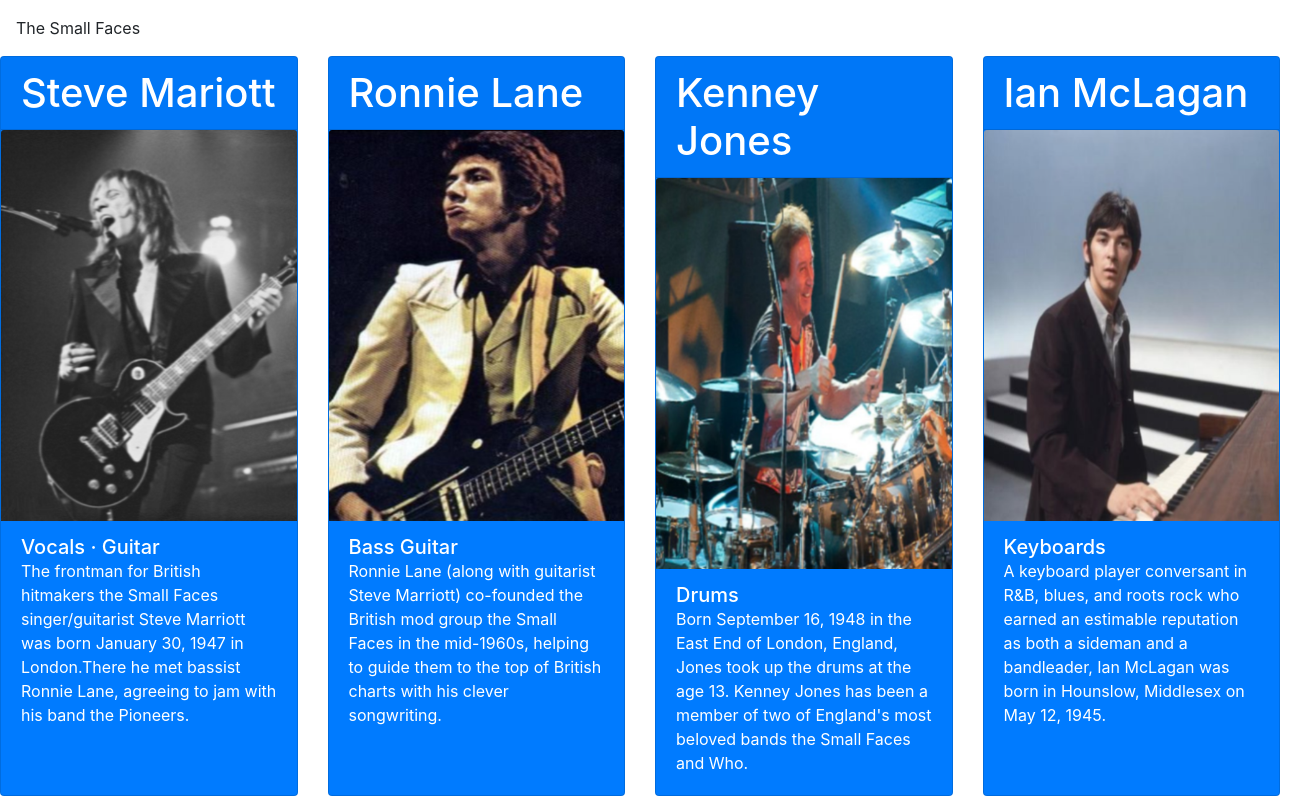
Repository: akshatnitd/User-Centric-FrontEnd-Milestone-Project
Page: band.html
The author's editor kept a record of every edit. The page is drawn from the files as they stood at one moment, then again after the next edit.
The browser window is 1280 px wide. The page is 1295 px wide, so the pictures cover 1295 px, including what lies to the right of the window. The pictures show the whole page.
Some web libraries are served in a nearby version.

Above is the page before.
Not found: assets/css/custom.css

### band.html
<!DOCTYPE html>
<html lang="en">
<head>
  <meta charset="UTF-8">
  <meta name="viewport" content="width=device-width, initial-scale=1, shrink-to-fit=no">
  <meta http-equiv="X-UA-Compatible" content="ie=edge">
  <link href="https://fonts.googleapis.com/css?family=Abril+Fatface" rel="stylesheet">
	<link href="https://fonts.googleapis.com/css?family=Roboto" rel="stylesheet">
	<link href="https://fonts.googleapis.com/css?family=Concert+One&display=swap" rel="stylesheet">
	<link href="https://fonts.googleapis.com/css?family=Fjalla+One&display=swap" rel="stylesheet">
	<link rel="stylesheet" href="https://use.fontawesome.com/releases/v5.12.1/css/all.css">
	<link rel="stylesheet" href="https://stackpath.bootstrapcdn.com/bootstrap/4.4.1/css/bootstrap.min.css" integrity="sha384-Vkoo8x4CGsO3+Hhxv8T/Q5PaXtkKtu6ug5TOeNV6gBiFeWPGFN9MuhOf23Q9Ifjh" crossorigin="anonymous">
	<link href="assets/css/custom.css" rel="stylesheet" type="text/css">
	<link href="assets/css/style.css" rel="stylesheet" type="text/css">
	<title>Band</title>
</head>
<body>
    <header>
      <nav class="navbar navbar-expand-sm navbar-dark bg-dark>
  <a class="navbar-brand" href="index.html">The Small Faces</a>
  <button class="navbar-toggler ml-auto custom-toggler" type="button" data-toggle="collapse" data-target="#navbarNav" aria-controls="navbarNav" aria-expanded="false" aria-label="Toggle navigation">
    <i class="fas fa-bars"></i>
  </button>
  <div class="collapse navbar-collapse" id="navbarNav">
    <ul class="nav navbar-nav ml-auto">
      <li class="nav-item">
        <a class="nav-link" href="index.html">Home</a>
      </li>
      <li class="nav-item">
        <a class="nav-link" href="band.html">Band</a>
      </li>
      <li class="nav-item">
        <a class="nav-link" href="tour.html">Tours</a>
      </li>
      <li class="nav-item">
        <a class="nav-link" href="store.html">Store</a>
      </li>
      <li class="nav-item">
        <a class="nav-link" href="contact.html">Contact</a>
      </li>
    </ul>
    </header>
    <section>
        <div class="card-deck">
          <div class="card text-white bg-primary mb-3">
            <h1 class="card-header">Steve Mariott</h1>
            <img class="card-img-top" src="images/steve-marriott.jpg" alt="Card image cap">
            <div class="card-body">
              <h5 class="card-subtitle">Vocals &#183; Guitar</h5>
              <p class="card-text">The frontman for British hitmakers the Small Faces
				                 singer/guitarist Steve Marriott was born January 30,
				                 1947 in London.There he met bassist Ronnie Lane,
				                 agreeing to jam with his band the Pioneers.</p>
            </div>
          </div>
          <div class="card text-white bg-primary mb-3">
            <h1 class="card-header">Ronnie Lane</h1>
            <img class="card-img-top" src="images/ronnie-lane_1.jpg" alt="Card image cap">
            <div class="card-body">
              <h5 class="card-subtitle">Bass Guitar</h5>
              <p class="card-text">Ronnie Lane (along with guitarist Steve Marriott)
								 co-founded the British mod group the Small Faces in
								 the mid-1960s, helping to guide them to the top of
								 British charts with his clever songwriting.</p>
            </div>
          </div>
          <div class="card text-white bg-primary mb-3">
    <h1 class="card-header">Kenney Jones</h1>
    <img class="card-img-top" src="images/kenney-jones.jpg" alt="Card image cap">
    <div class="card-body">
      <h5 class="card-subtitle">Drums</h5>
      <p class="card-text">Born September 16, 1948 in the East End of London,
								 England, Jones took up the drums at the age 13.
								 Kenney Jones has been a member of two of
								 England's most beloved bands the Small Faces and Who.</p>
    </div>
  </div>
  <div class="card text-white bg-primary mb-3">
   <h1 class="card-header">Ian McLagan</h1>
    <img class="card-img-top" src="images/Ian-McLagan.jpg" alt="Card image cap">
    <div class="card-body">
      <h5 class="card-subtitle">Keyboards</h5>
      <p class="card-text">A keyboard player conversant in R&B, blues,
				                 and roots rock who earned an estimable reputation
				                 as both a sideman and a bandleader, Ian McLagan
				                 was born in Hounslow, Middlesex on May 12, 1945.</p>
       </div>
      </div>
    </div>
    </section>
    <footer>

    </footer>
    <script src="https://code.jquery.com/jquery-3.3.1.slim.min.js" integrity="sha384-q8i/X+965DzO0rT7abK41JStQIAqVgRVzpbzo5smXKp4YfRvH+8abtTE1Pi6jizo" crossorigin="anonymous"></script>
    <script src="https://cdnjs.cloudflare.com/ajax/libs/popper.js/1.14.3/umd/popper.min.js" integrity="sha384-ZMP7rVo3mIykV+2+9J3UJ46jBk0WLaUAdn689aCwoqbBJiSnjAK/l8WvCWPIPm49" crossorigin="anonymous"></script>
    <script src="https://stackpath.bootstrapcdn.com/bootstrap/4.1.3/js/bootstrap.min.js" integrity="sha384-ChfqqxuZUCnJSK3+MXmPNIyE6ZbWh2IMqE241rYiqJxyMiZ6OW/JmZQ5stwEULTy" crossorigin="anonymous"></script>
</body>
</html>

### assets/css/style.css

/*............................................Heading*/
.container-fluid{
	background-color: #000080;
	position: relative;
	letter-spacing: 2px;
	padding: 10px 10px 10px 10px;
}

.nav-title {
	display: inline-block;
	font-size: 18px;
	font-family: 'Abril Fatface', cursive;
	color: #fff;

}

.nav-links {
	display: inline-block;
	float: right;
	font-size: 18px;
	font-family: 'Abril Fatface', cursive;
}

.nav-links>a {
	display: inline-block;
	text-decoration: none;

}

After the next edit:
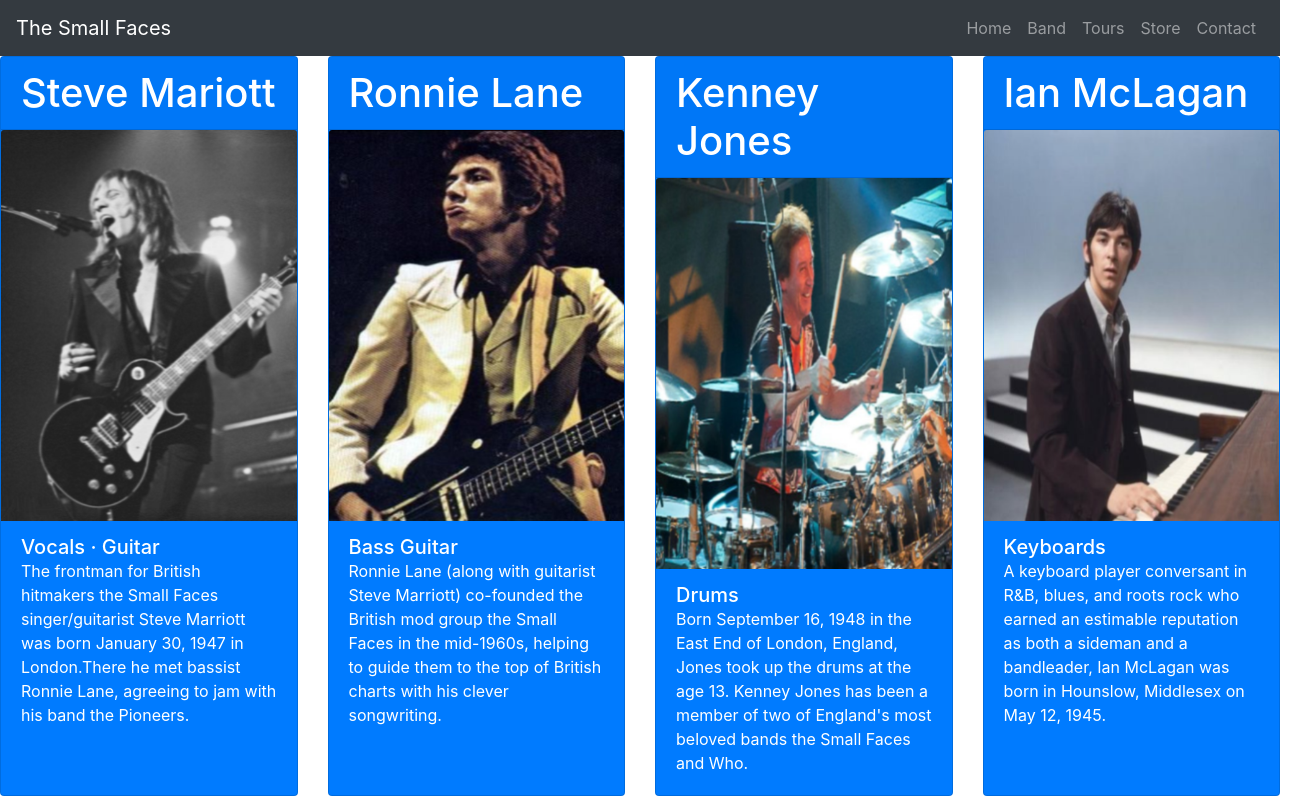
The edit:
--- a/band.html
+++ b/band.html
@@ -16,7 +16,7 @@
 </head>
 <body>
     <header>
-      <nav class="navbar navbar-expand-sm navbar-dark bg-dark>
+      <nav class="navbar navbar-expand-sm navbar-dark bg-dark">
   <a class="navbar-brand" href="index.html">The Small Faces</a>
   <button class="navbar-toggler ml-auto custom-toggler" type="button" data-toggle="collapse" data-target="#navbarNav" aria-controls="navbarNav" aria-expanded="false" aria-label="Toggle navigation">
     <i class="fas fa-bars"></i>
